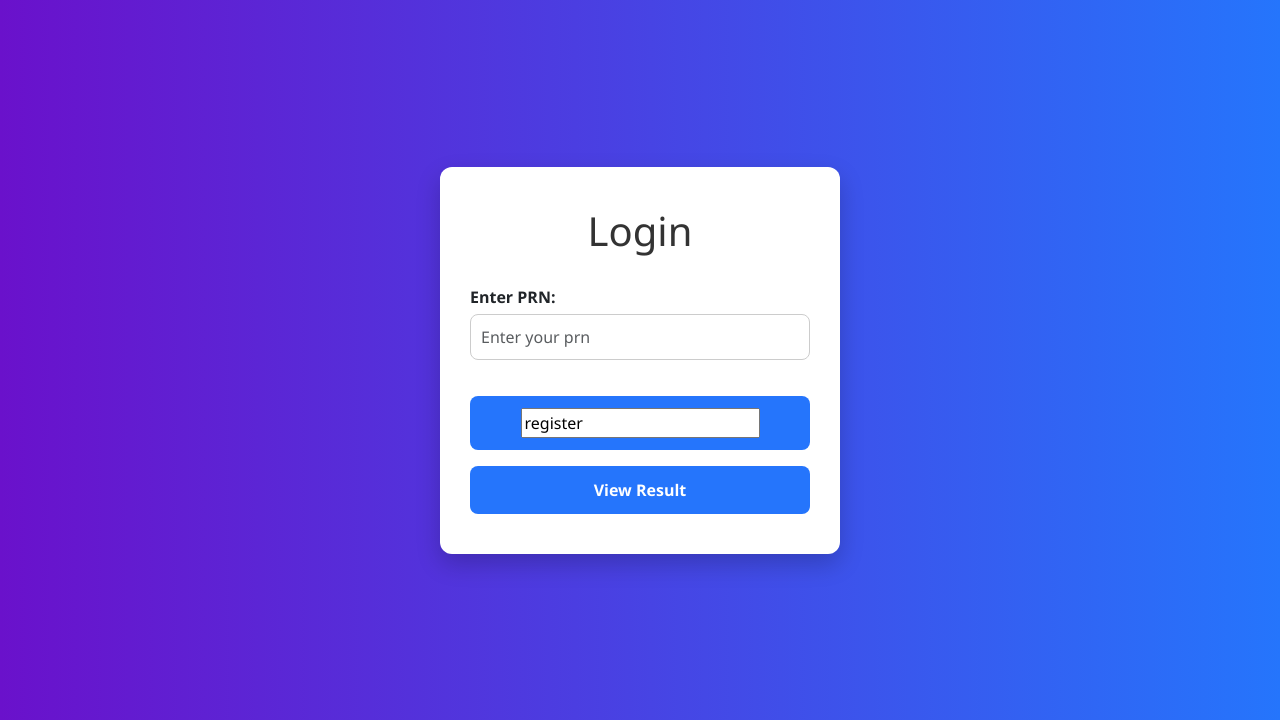
Repository: Mali-Sagar-A/Advance_Web_Java
Page: ResultApp/src/main/webapp/index.html
These files come from the project's save history. The page is drawn as it stood at one moment and after the next save; the edit follows.
The browser window is 1280 px wide. The pictures show the whole page.

Above is the page before, as saved 2025-05-17 11:05:26.

After the next save:
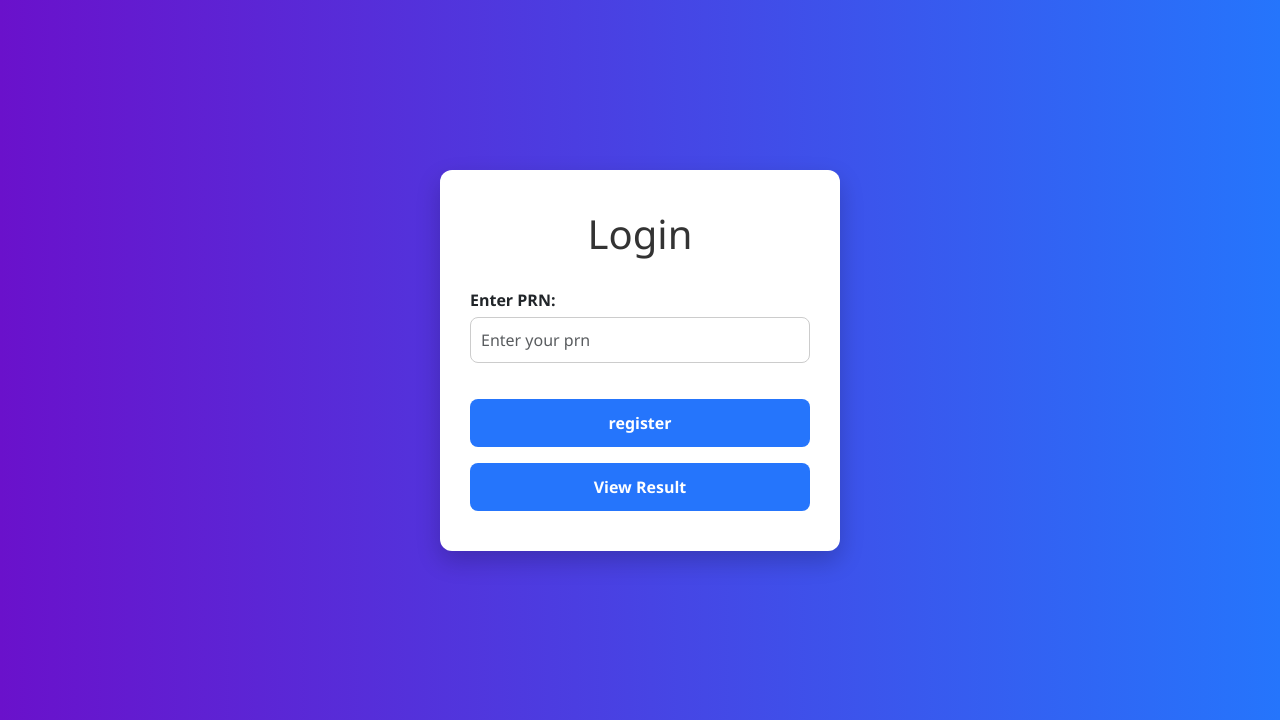
Saved 114 s later.
--- a/ResultApp/src/main/webapp/index.html
+++ b/ResultApp/src/main/webapp/index.html
@@ -104,8 +104,8 @@
       <label for="textPrn" class="form-label">Enter PRN:</label>
       <input type="text" name="textPrn" id="textPrn" class="form-control" placeholder="Enter your prn">
 
-		<button type="submit" class="btn btn-login mt-3"><input type="text" name="register" value="register"></button>
 
+      <input type="button" name="register" value="register" class="btn btn-login mt-3">
       <button type="submit" class="btn btn-login mt-3">View Result</button>
     </form>
   </div>
